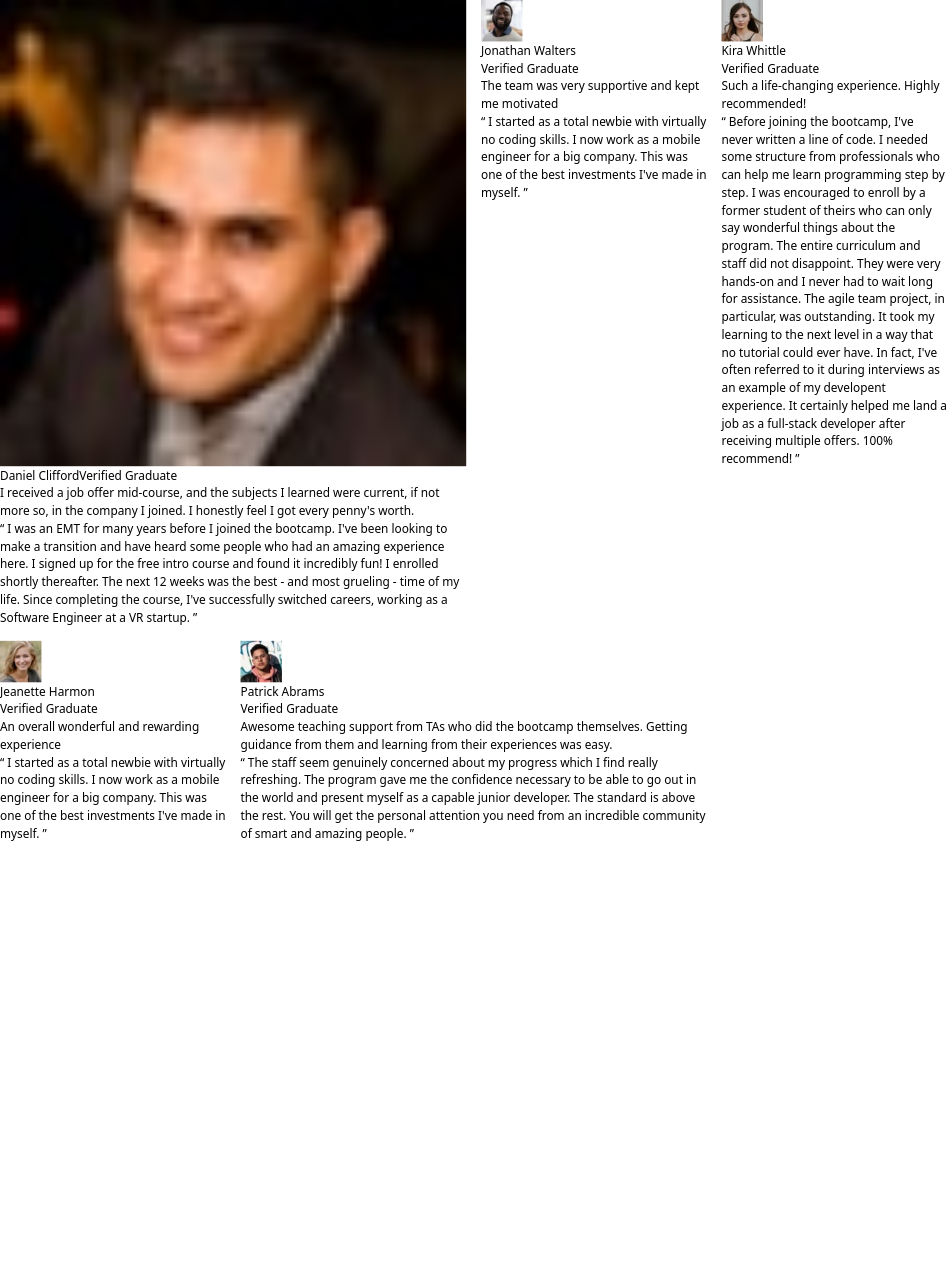
Repository: DiyBookOfLife/ps-FrontendMentor
Page: index.html
These files come from the project's save history. The page is drawn as it stood at one moment and after a run of saves; the edit follows.
The browser window is 1280 px wide. The pictures show the whole page, at 74% of full size.
Some web libraries are served in a nearby version.

Above is the page before, as saved 2026-01-02 13:24:19.

After the next 3 saves:
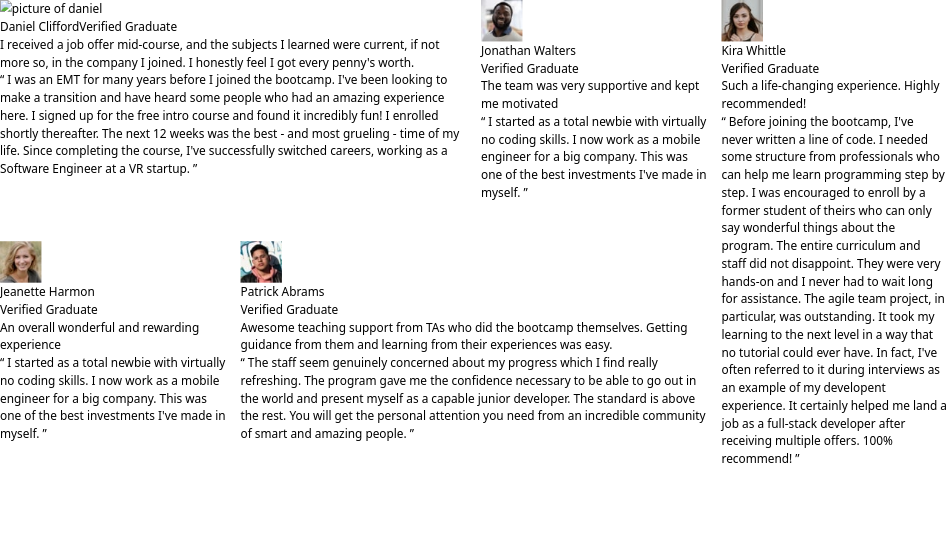
The 3 saves are shown as one change because they came seconds apart.
The last was saved 12 s later.
--- a/index.html
+++ b/index.html
@@ -23,7 +23,7 @@
     <section class="grid grid-cols-4 grid-rows-2 gap-[20px]">
       <div class="col-start-1 col-end-3">
         <div class="flex flex-col">
-          <img src="./images/image-daniel.jpg" alt="picture of daniel">
+          <img class="./images/image-daniel.jpg" alt="picture of daniel">
           <div class="flex">
             <div>Daniel Clifford</div>
             <div>Verified Graduate</div>

After the save that followed:
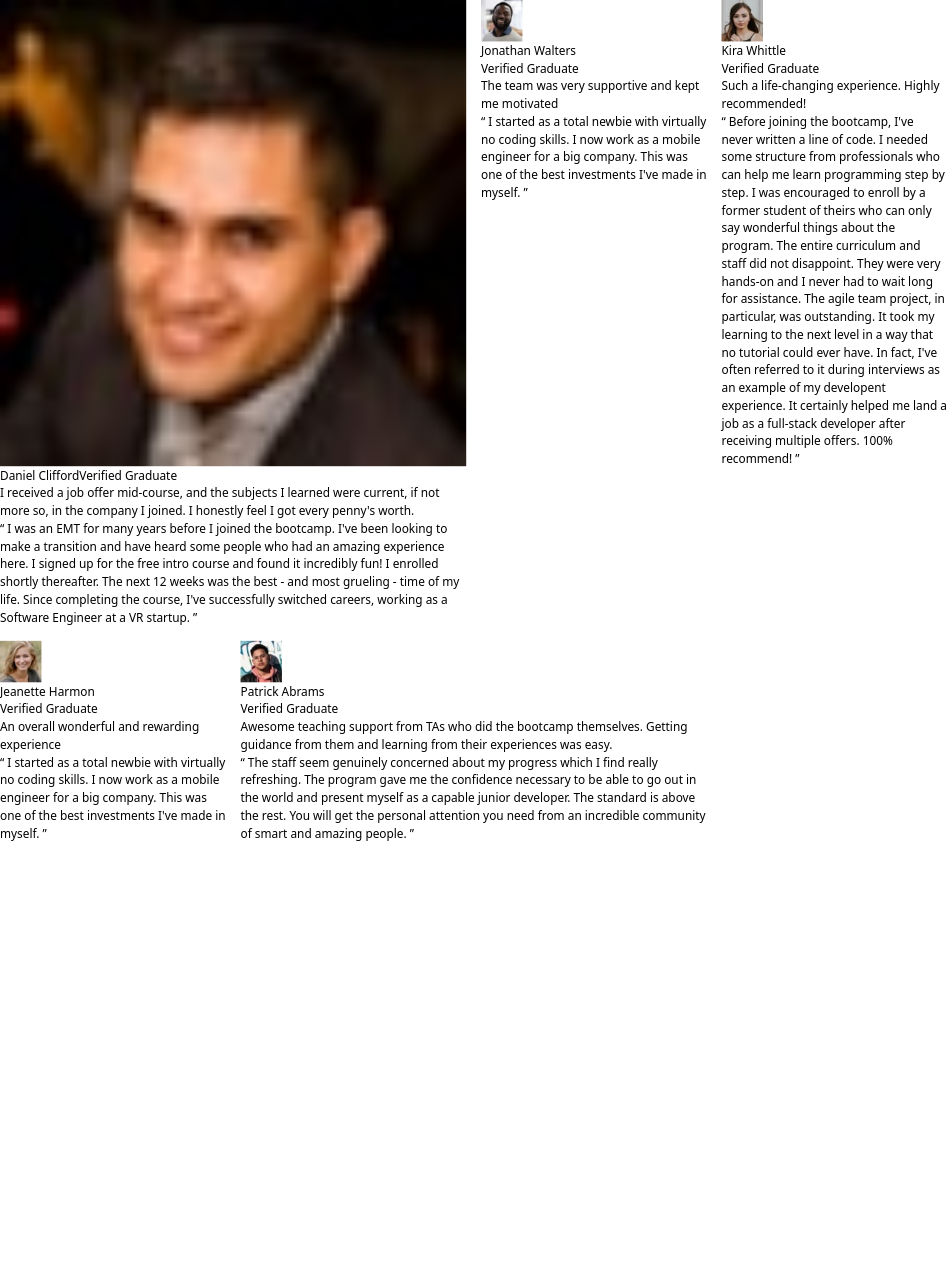
Saved 7 s later.
--- a/index.html
+++ b/index.html
@@ -23,7 +23,7 @@
     <section class="grid grid-cols-4 grid-rows-2 gap-[20px]">
       <div class="col-start-1 col-end-3">
         <div class="flex flex-col">
-          <img class="./images/image-daniel.jpg" alt="picture of daniel">
+          <img src="./images/image-daniel.jpg" alt="picture of daniel">
           <div class="flex">
             <div>Daniel Clifford</div>
             <div>Verified Graduate</div>
